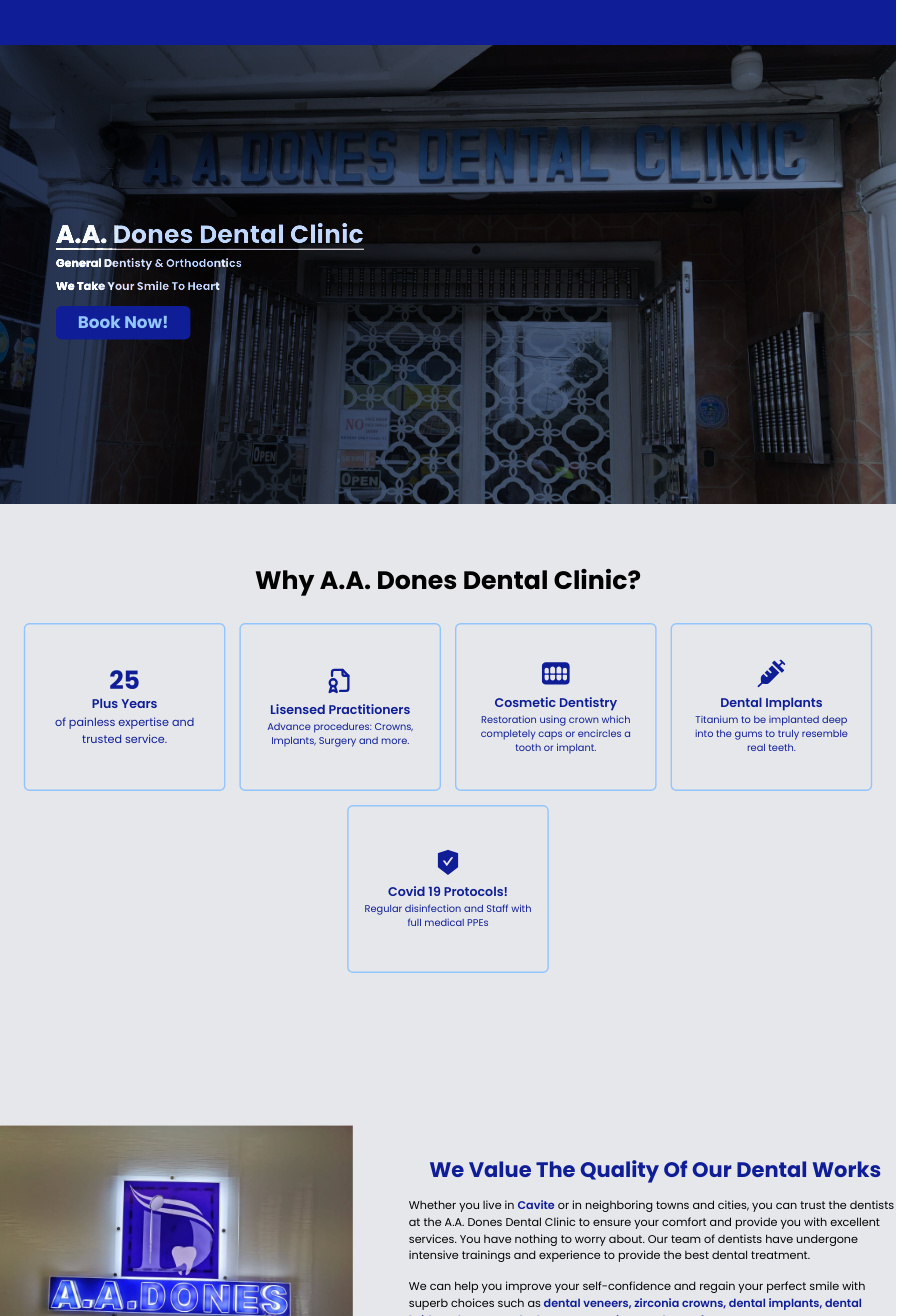
Repository: tom-abella/Dental-Clinic-Scheduler
Page: /
These files come from the project's save history. The page is drawn as it stood at one moment and after a run of saves; the edit follows.
The browser window is 1280 px wide. The page is 1288 px wide, so the pictures cover 1288 px, including what lies to the right of the window. The pictures show the part of the page from y = 0 to 1880 px (the page is 3264 px tall), at 70% of full size.
The project was rebuilt for these pictures with package versions that can differ from the ones it lists, and the page was loaded fresh each time. Also part of the build but not shown: vite.config.js.

Above is the page before, as saved 2023-06-16 12:53:05.

After the next 2 saves:
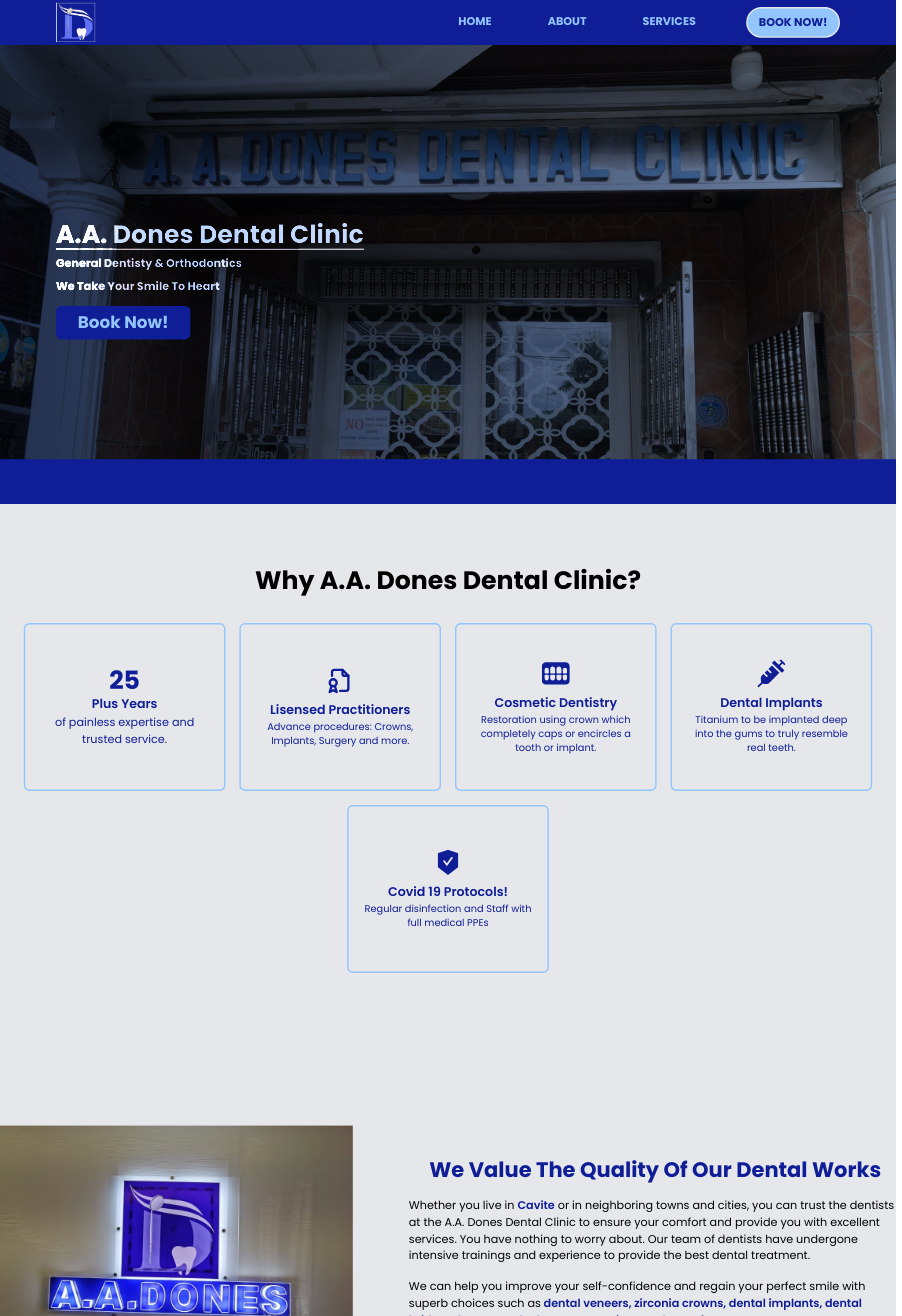
The 2 saves are shown as one change because they came seconds apart.
The last was saved 9 s later.
--- a/src/components/NavigationBar.jsx
+++ b/src/components/NavigationBar.jsx
@@ -20,7 +20,7 @@ export default function NavigationBar(){
                 <Link to ="contact"spy={true} smooth={true} duration={500}><li className="cursor-pointer hover:text-blue-300 hover:bg-darkBlue hidden md:flex border-2 p-2 rounded-full px-1 lg:px-4 bg-blue-300 text-darkBlue">book now!</li></Link>
             </ul>
             </div>
-            <div className=" flex items-center justify-center md:justify-between px-4 sm:px-20 h-16 w-full fixed  z-20 bg-darkBlue"
+            <div className=" flex items-center justify-center md:justify-between px-4 sm:px-20 h-16 w-full fixed bottom-0 z-20 bg-darkBlue"
         >
             <ul className="flex  md:hidden gap-5 uppercase text-blue-300 font-bold">
             <Link to ="home"spy={true} smooth={true} duration={500}>
